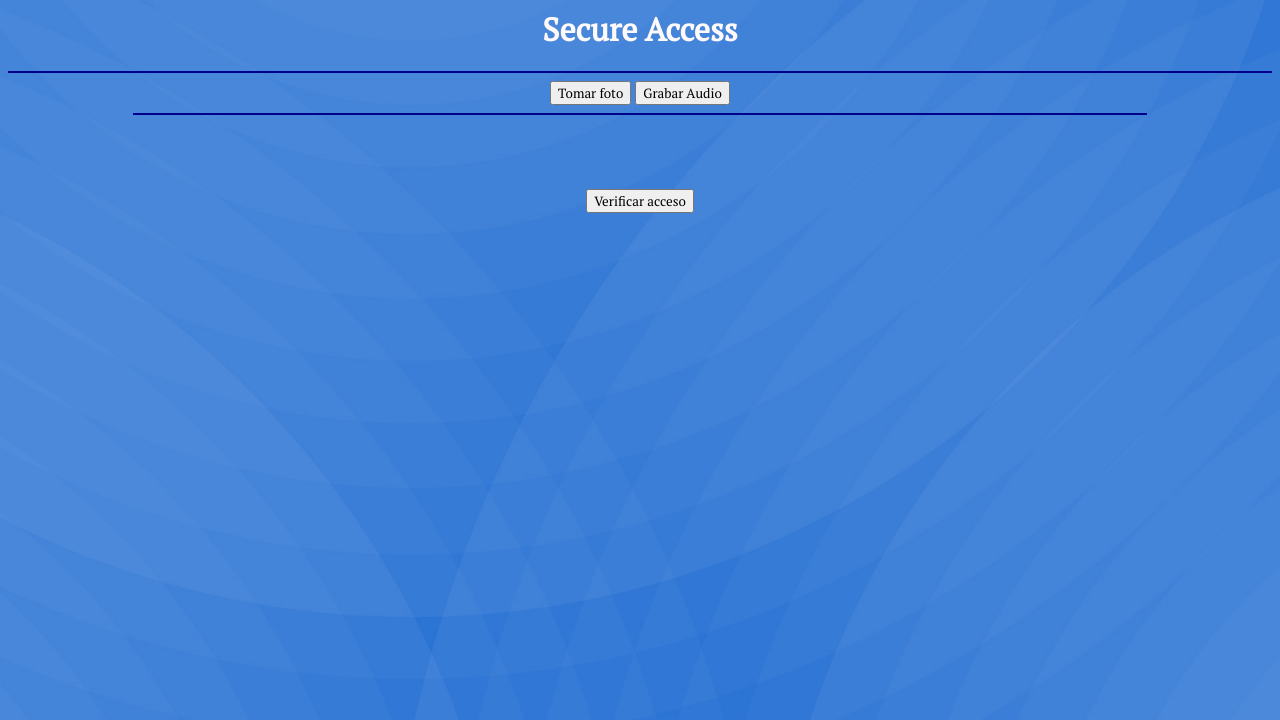
Repository: dabarreiroh/SECURE-ACCESS
Page: accessecure/templates/home/index.html
These files come from the project's save history. The page is drawn as it stood at one moment and after the next save; the edit follows.
The browser window is 1280 px wide. The pictures show the whole page.

Above is the page before, as saved 2020-03-16 23:09:14.

After the next save:
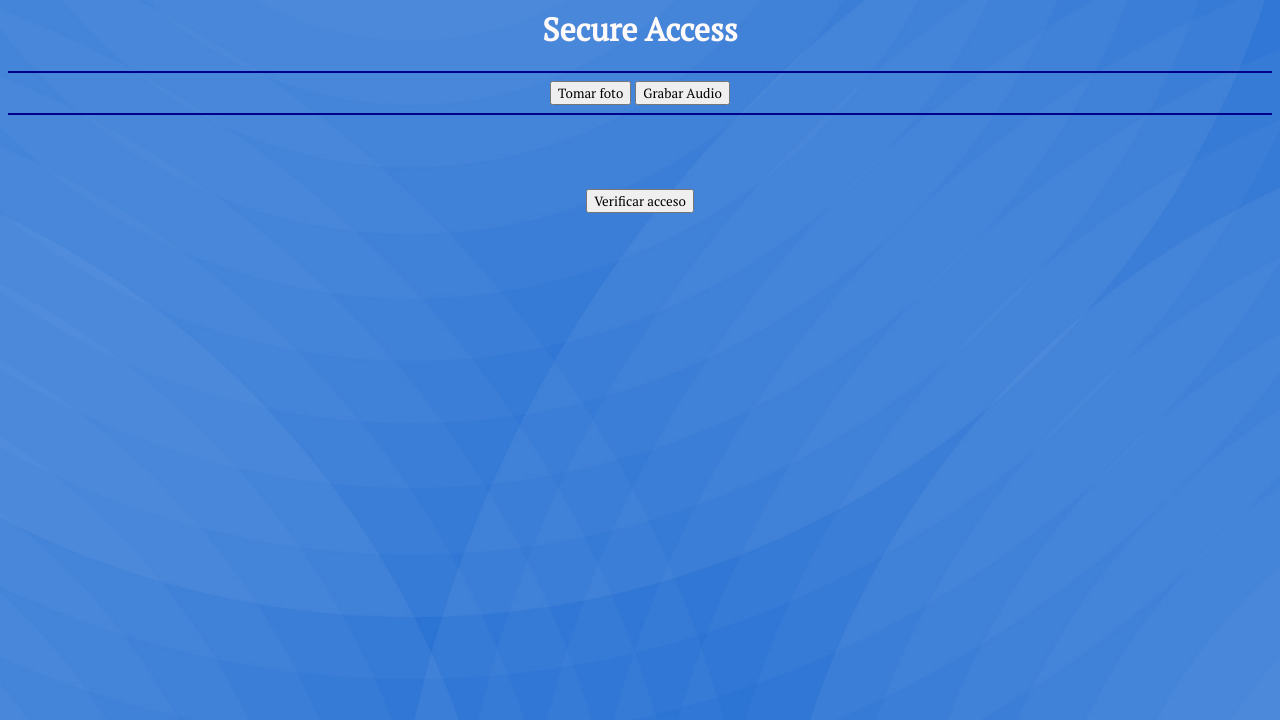
Saved 20 s later.
--- a/accessecure/templates/home/index.html
+++ b/accessecure/templates/home/index.html
@@ -10,7 +10,7 @@
 <hr>
         <input type="button" value="Tomar foto" onClick="window.location.href='photo'">
         <input type="button" value="Grabar Audio" onClick="window.location.href='audio'">
-        <hr width="80%">
+        <hr>
 
 
         <br><br><br>
